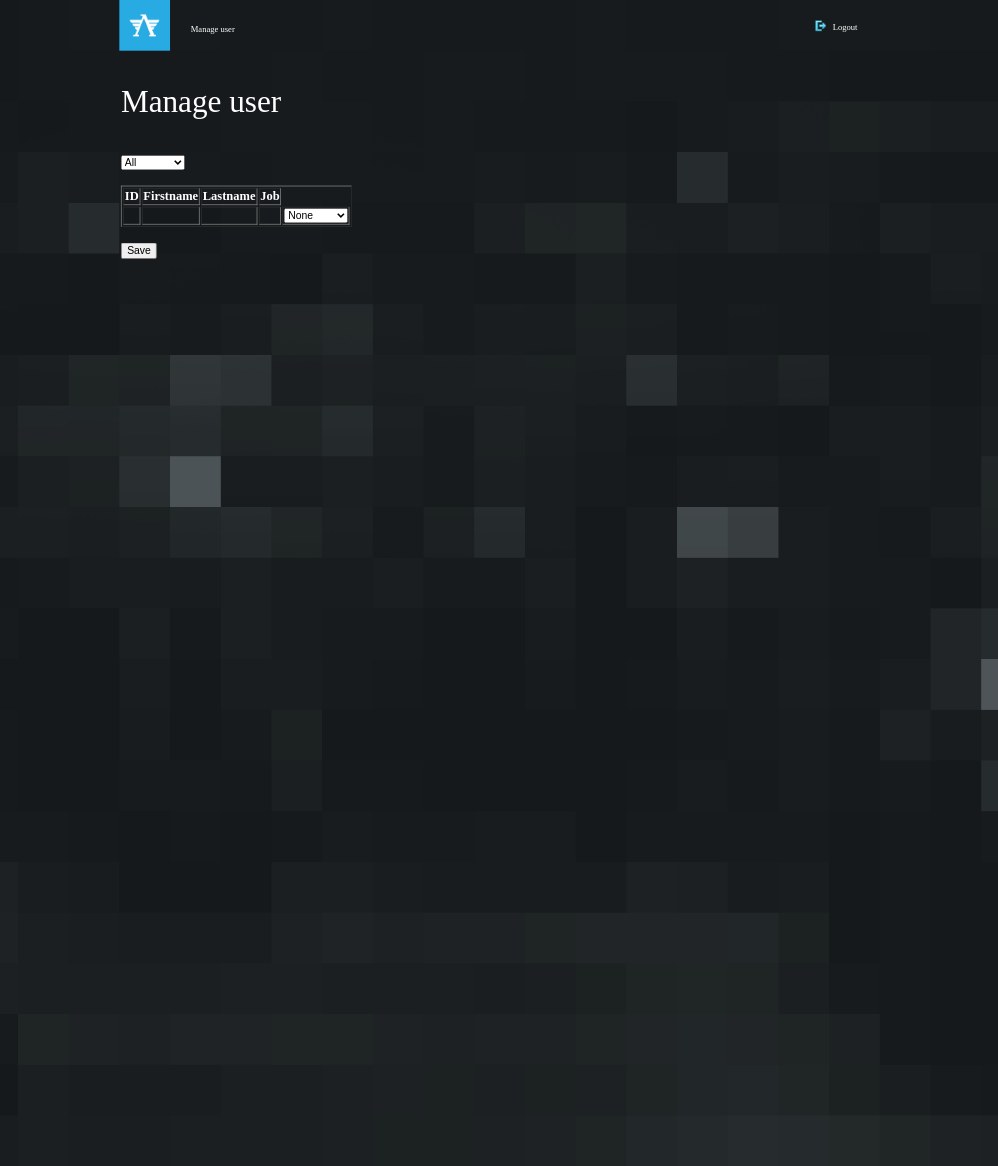
Repository: golfbadly/profile-spring-mvc
Page: http://localhost/Profile/WEB-INF/jsp/admin.jsp
An editor plug-in stored every save of this project. The page is shown before and after the next save, followed by the edit.
The browser window is 1280 px wide. The pictures show the whole page, at 78% of full size.
The page is served by Tomcat 9. Nobody is signed in. The template is opened directly, without the code that normally fills it, so the values that code supplies are empty.

Above is the page before, as saved 2014-09-26 07:09:29.

After the next save:
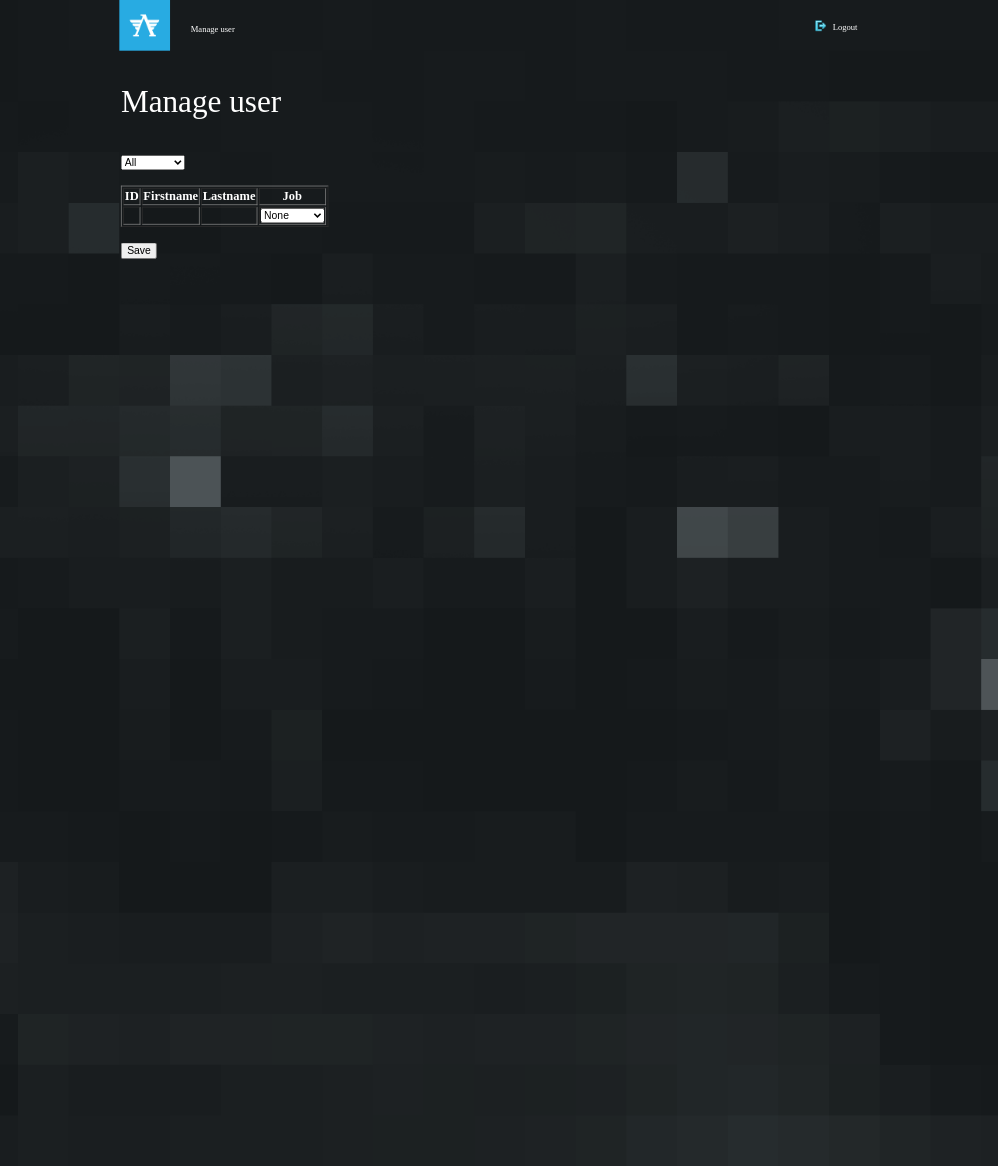
Saved 54 s later.
--- a/Profile/WebContent/WEB-INF/jsp/admin.jsp
+++ b/Profile/WebContent/WEB-INF/jsp/admin.jsp
@@ -33,7 +33,6 @@
 						<TD></TD>
 						<TD></TD>
 						<TD></TD>
-						<TD></TD>
 						<TD><select name="jobs">
 								<option>None</option>
 								<option>Manager</option>
